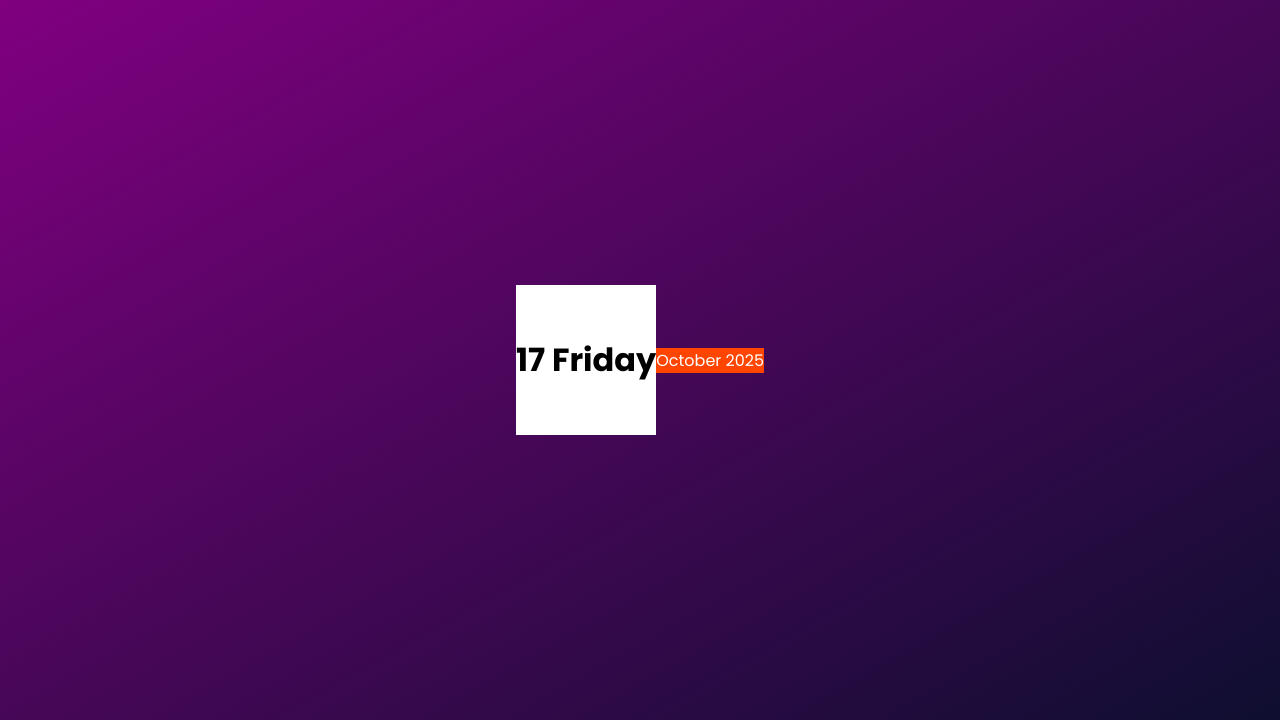
Repository: Ankitkr2021/Calendar
Page: index.html
The author's editor kept a copy of each file at every save. The page is drawn from the files as they stood at one save, then again after the next save.
The browser window is 1280 px wide. The pictures show the whole page.

Above is the page before, as saved 2025-10-17 19:22:18.

### index.html
<!DOCTYPE html>
<html lang="en">
<head>
    <meta charset="UTF-8">
    <meta name="viewport" content="width=device-width, initial-scale=1.0">
    <title>Document</title>
    <link rel="stylesheet" href="./style.css">
</head>
<body>
    <div class="box">
        <div class="date"><h1>17 Friday</h1></div>
        <div class="month">October 2025</div>
    </div>
</body>
</html>

### style.css
@import url('https://fonts.googleapis.com/css2?family=Poppins:wght@100;200;300;400;500;600;700;800;900&display=swap');

*{
    margin: 0;
    padding: 0;
    box-sizing: border-box;
    font-family: "Poppins",sans-serif;
}

.box {
    display: flex;
    align-items: center;
    justify-content: center;
    height: 100vh;
    background: linear-gradient(to bottom right, purple, rgb(14, 14, 48));
    color: #fff;
}

.date {
    background: #fff;
    color: #000;
    height: 150px;
    display: flex;
    align-items: center;
    justify-content: center;

}

.month{
    background: orangered;
}

After the next save:
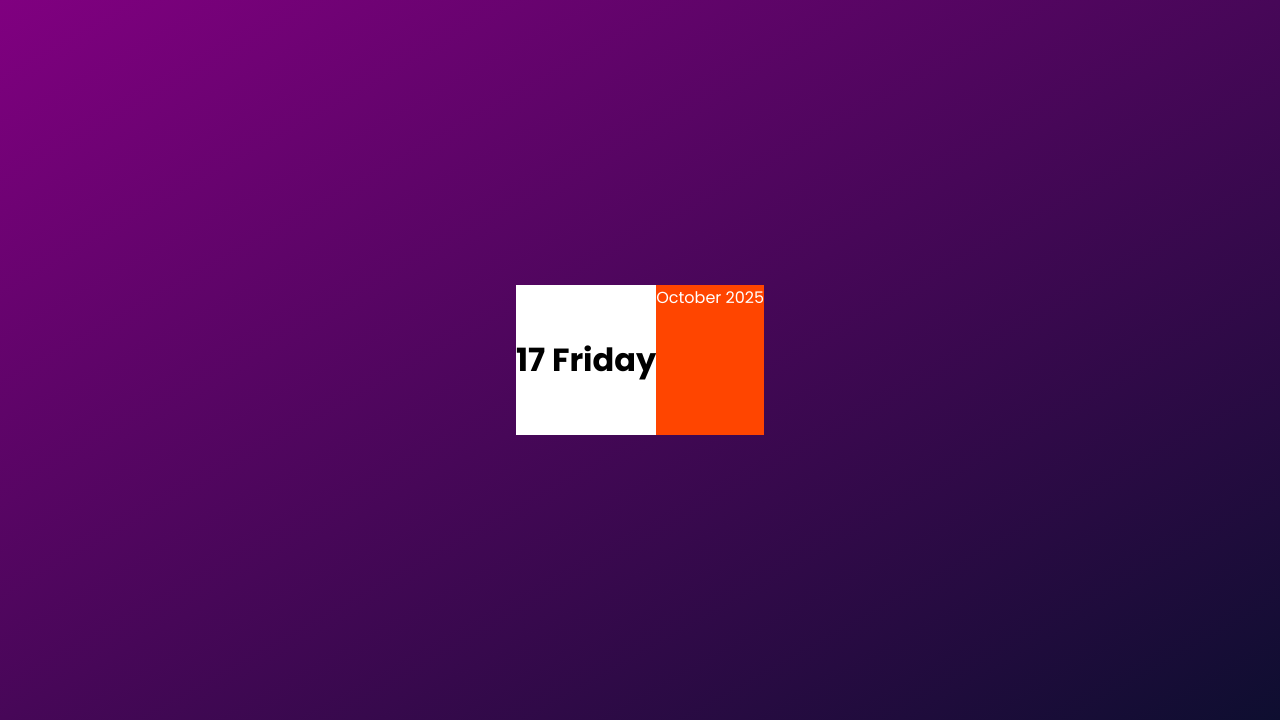
Saved 12 s later.
--- a/style.css
+++ b/style.css
@@ -28,4 +28,5 @@
 
 .month{
     background: orangered;
+    height: 150px
 }
